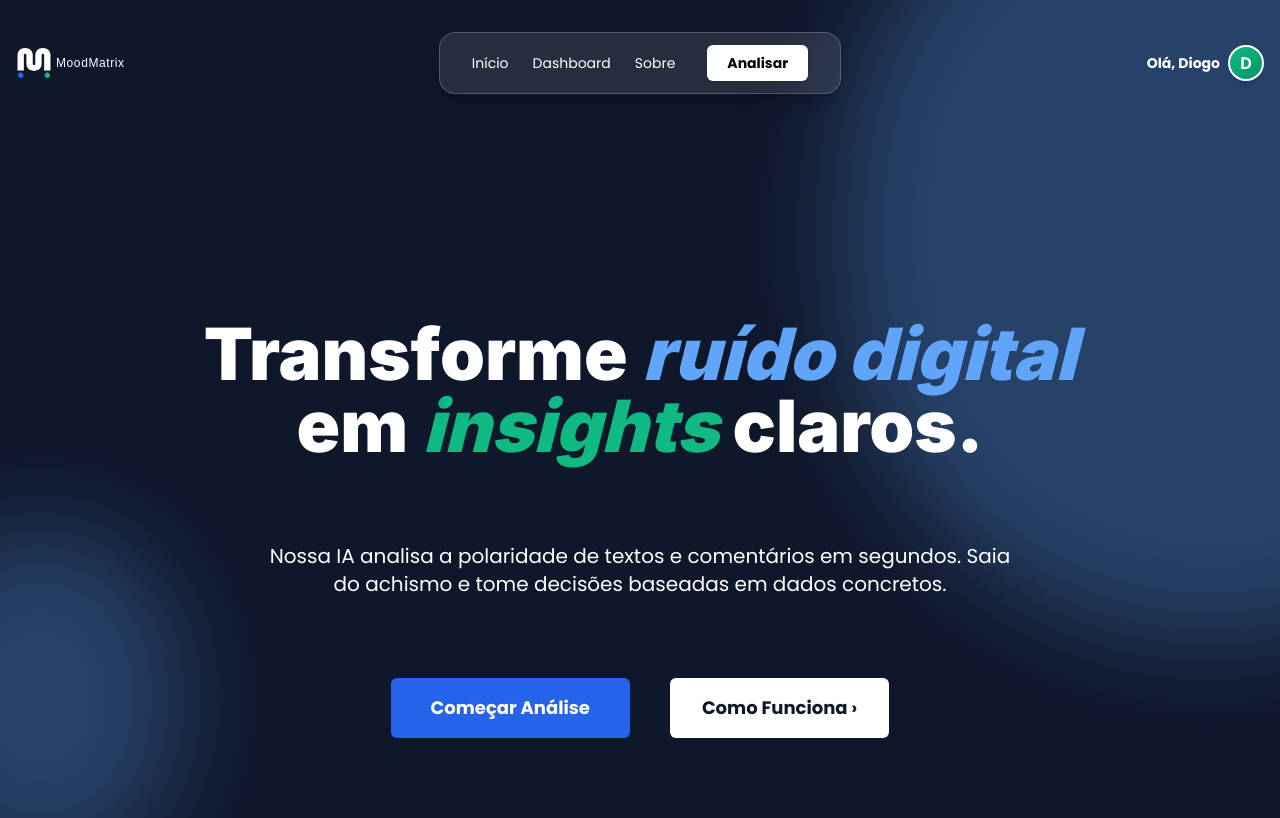
Repository: Hackaton-ONE/hackathon-Frontend
Page: /
The author's editor kept a copy of each file at every save. The page is drawn from the files as they stood at one save, then again after a run of saves.
The browser window is 1280 px wide. The pictures show the whole page.
An inner scrolling area shows only its first screen. Some web fonts or font styles are not loaded; a fallback is used. The project was rebuilt for these pictures with package versions that can differ from the ones it lists, and the page was loaded fresh each time. The framework's server and built-in components were replaced by stand-ins that run in the browser. Also part of the build but not shown: next.config.ts.

Above is the page before, as saved 2026-01-02 11:27:26.

### app/layout.tsx
import type { Metadata } from "next";
import { Inter, Poppins, MuseoModerno } from "next/font/google"; // 1. Importar Poppins
import "./globals.css";


// 2. Configurar Inter
const inter = Inter({
  subsets: ["latin"],
  variable: "--font-inter",
});

// 3. Configurar Poppins (Pesos comuns: 400, 600, 700)
const poppins = Poppins({
  weight: ['400', '600', '700'],
  subsets: ["latin"],
  variable: "--font-poppins",
});

const museo = MuseoModerno({
  subsets: ["latin"],
  variable: "--font-museo",
  display: "swap",
});

export const metadata: Metadata = {
  title: "MoodMatrix",
  description: "Análise de sentimentos com IA",
};

export default function RootLayout({
  children,
}: Readonly<{

  children: React.ReactNode;
}>) {
  return (
    <html lang="pt-br">
      {/* 4. Adicionar ambas as variáveis no body */}
      <body className={`${inter.variable} ${poppins.variable} ${museo.variable} bg-mood-dark text-white font-sans antialiased`}>

        {children}
      </body>
    </html>
  );
}

### app/page.tsx
import { Navbar } from "@/components/Navbar";
import { HeroSection } from "../components/HeroSection";

export default function Home() {
  return (
    <main className="min-h-screen bg-mood-dark text-white selection:bg-neon-green selection:text-mood-dark overflow-x-hidden">
      {/* A Navbar já está no layout.tsx, então não precisa repetir aqui se já colocou lá */}
      <Navbar />
      <HeroSection />

      {/* Aqui virão as próximas seções (Tech Stack, Benefícios, etc.) */}

    </main>
  );
}

### app/globals.css
@tailwind base;
@tailwind components;
@tailwind utilities;

/* Define o fundo padrão do site inteiro e a cor do texto */
body {
  background-color: #0F172A; /* mood.dark */
  color: #ffffff;
  min-height: 100vh;
}

/* Utilitário para o efeito de Vidro (Glassmorphism) */
.glass {
  background: rgba(30, 41, 59, 0.4); /* mood.gray com transparência */
  backdrop-filter: blur(12px);
  -webkit-backdrop-filter: blur(12px);
  border: 1px solid rgba(255, 255, 255, 0.1);
}

/* === PERSONALIZAÇÃO DA BARRA DE ROLAGEM === */

/* 1. Define a largura da barra */
::-webkit-scrollbar {
  width: 8px;
  height: 8px;
}

/* 2. Remove o fundo (Track) */
::-webkit-scrollbar-track {
  background: transparent;
}

/* 3. Cor da barra (Thumb)*/
::-webkit-scrollbar-thumb {
  background-color: #2563EB;
  border-radius: 9999px;
}

/* 4. Efeito ao passar o mouse */
::-webkit-scrollbar-thumb:hover {
  background-color: #60A5FA; /* blue-light */
}

/* 5. Remove as setas (Buttons) */
::-webkit-scrollbar-button {
  display: none;
}

### components/Navbar.tsx
"use client";

import Link from "next/link";
import { useState } from "react";
import { Menu, X } from "lucide-react";
import Image from "next/image";

// Componente NavLink (Link com sublinhado azul)
const NavLink = ({ href, children }: { href: string; children: React.ReactNode }) => (
  <Link
    href={href}
    className="relative group text-white transition-colors font-medium text-sm"
  >
    {children}
    <span className="absolute -bottom-1 left-0 w-0 h-[2px] bg-blue-default transition-all duration-300 ease-out group-hover:w-full" />
  </Link>
);

export function Navbar() {
  const [isOpen, setIsOpen] = useState(false);

  return (
    // Container Principal
    <div className="relative top-0 left-0 w-full z-10 px-4 py-8">

      <div className="max-w-[1600px] mx-auto flex justify-between items-center lg:grid lg:grid-cols-3">

        {/* =======================
            1. LOGO (Coluna 1 - Alinhado à Esquerda)
           ======================= */}
        <div className="flex justify-start">
          <Link href="/" className="flex items-center gap-1 z-50 group">
            <div className="relative w-8 h-8 lg:w-9 lg:h-9 flex items-center justify-center">
              <Image
                src="/logo.svg"
                alt="Logo MoodMatrix"
                fill
                className="object-contain"
              />
            </div>

            <span className="text-white font-medium text-xs font-museo tracking-wider">
              Mood<span>Matrix</span>
            </span>
          </Link>
        </div>

        {/* =======================
            2. PÍLULA CENTRAL (Coluna 2)
            MUDANÇA: 'hidden lg:flex'
            (Escondido em Tablet/Mobile, Flex em Notebook+)
           ======================= */}
        <div className="hidden lg:flex justify-center">
          <nav className="flex items-center gap-8 pl-8 pr-8 py-3 rounded-2xl bg-white/10 backdrop-blur-md border border-white/20 shadow-lg shadow-black/20">
            {/* Links */}
            <div className="flex items-center gap-6 font-poppins font-bold">
              <NavLink href="/">Início</NavLink>
              <NavLink href="/dashboard">Dashboard</NavLink>
              <NavLink href="#sobre">Sobre</NavLink>
            </div>

            {/* Botão Analisar */}
            <Link href="/analisar">
              <button className="bg-white hover:bg-neon-orange text-black font-poppins font-bold text-sm px-5 py-2 rounded-md transition-all duration-200 shadow-sm hover:shadow-md">
                Analisar
              </button>
            </Link>
          </nav>
        </div>

        {/* =======================
            3. AVATAR / MENU (Coluna 3 - Alinhado à Direita)
           ======================= */}
        <div className="flex justify-end items-center gap-4 z-50">

          {/* Avatar (Desktop) */}
          <div className="hidden lg:flex items-center gap-2 pl-4">
            <div className="text-right hidden lg:block">
              <p className="font-poppins text-sm font-bold text-white">Olá, Diogo</p>
            </div>
            <div className="w-9 h-9 rounded-full bg-gradient-to-br from-neon-green to-emerald-600 flex items-center justify-center text-white font-bold border-2 border-white shadow-md">
              D
            </div>
          </div>

          {/* Botão Hambúrguer (Mobile) */}
          <button
            onClick={() => setIsOpen(!isOpen)}
            className="lg:hidden text-white hover:text-neon-blue transition p-1"
          >
            {isOpen ? <X size={28} /> : <Menu size={28} />}
          </button>
        </div>

      </div>

      {/* =======================
          4. MENU MOBILE DROPDOWN
         ======================= */}
      {isOpen && (
        <div className="lg:hidden absolute top-24 left-4 right-4 z-10 bg-mood-dark/95 backdrop-blur-xl border border-white/10 rounded-2xl p-4 shadow-2xl animate-in fade-in slide-in-from-top-5">

          <div className="flex flex-col space-y-1">
            <Link href="/" onClick={() => setIsOpen(false)} className="block px-4 py-3 text-white/90 hover:text-white hover:bg-blue-default rounded-lg transition-colors text-sm font-medium">
              Início
            </Link>
            <Link href="/dashboard" onClick={() => setIsOpen(false)} className="block px-4 py-3 text-white/90 hover:text-white hover:bg-blue-default rounded-lg transition-colors text-sm font-medium">
              Dashboard
            </Link>
            <Link href="#sobre" onClick={() => setIsOpen(false)} className="block px-4 py-3 text-white/90 hover:text-white hover:bg-blue-default rounded-lg transition-colors text-sm font-medium">
              Sobre
            </Link>
          </div>

          <div className="my-3 border-t border-white/10" />

          <Link href="/analisar" onClick={() => setIsOpen(false)}>
            <button className="w-full bg-white hover:bg-neon-orange text-mood-dark border border-white/20 font-poppins font-bold text-sm py-3 rounded-lg transition-all duration-200">
              Analisar
            </button>
          </Link>

          <div className="mt-4 pt-4 border-t border-white/10 flex items-center gap-3">
            <div className="w-8 h-8 rounded-full bg-gradient-to-br from-neon-green to-emerald-600 flex items-center justify-center text-white font-bold text-xs">
              D
            </div>
            <div>
              <p className="text-sm font-bold text-white">Diogo</p>
              <p className="text-xs text-gray-400">diogo@exemplo.com</p>
            </div>
          </div>

        </div>
      )}
    </div>
  );
}

### components/HeroSection.tsx
import Link from "next/link";
import { Button } from "./Button"; // Importando seu botão personalizado

export function HeroSection() {
  return (
    <section className="relative pt-32 lg:pt-48 pb-20 px-4">

      {/* =========================================
          ELEMENTOS DECORATIVOS DE FUNDO (GLOWS)
          ========================================= */}

{/* 1. ELIPSE MAIOR (Direita/Topo)
          x: 946.5, y: -78.06 -> right-0 top-[-78px] (Ajustado para responsivo)
          w: 743.5, h: 817.56 -> w-[743px] h-[817px]
          fill: 60A5FA 30% -> bg-blue-light/30
          blur: 160 -> blur-[160px]
      */}
      <div
        className="
          absolute
          top-[-300px]
          right-[-100px] xl:right-[-300px] /* Ajuste fino para telas diferentes */
          w-[743px]
          h-[817px]
          bg-blue-light/30
          blur-[50px]
          rounded-full
          z-100
          pointer-events-none
        "
      />

      {/* 2. ELIPSE MENOR (Esquerda/Baixo)
          x: -90, y: 546 -> left-[-90px] top-[546px]
          w: 282, h: 343 -> w-[282px] h-[343px]
          fill: 60A5FA 30% -> bg-blue-light/30
          blur: 160 -> blur-[160px]
      */}
      <div
        className="
          absolute
          top-[400px]
          left-[-100px]
          w-[282px]
          h-[343px]
          bg-blue-light/30
          blur-[50px]
          rounded-full
          z-100
          pointer-events-none
        "
      />


      {/* =========================================
          CONTEÚDO PRINCIPAL
          ========================================= */}
      <div className="relative z-100 max-w-7xl mx-auto text-center flex flex-col items-center">

        {/* TÍTULO */}
        <h1 className="font-inter font-black text-4xl md:text-6xl lg:text-7xl 2xl:text-8xl leading-tight text-white mb-8 md:mb-14 lg:mb-20 max-w-7xl">
          Transforme <span className="italic text-blue-light">ruído digital</span> <br className="hidden md:block" />
          em <span className="italic text-neon-green">insights</span> claros.
        </h1>

        {/* SUBTÍTULO */}
        <p className="font-poppins font-light text-white text-base md:text-xl mb-8 md:mb-14 lg:mb-20 max-w-3xl">
          Nossa IA analisa a polaridade de textos e comentários em segundos. Saia do achismo e tome decisões baseadas em dados concretos.
        </p>

        {/* BOTÕES DE AÇÃO (CTA) */}
        <div className="flex flex-col sm:flex-row gap-10 w-full sm:w-auto">
          <Link href="/analisar">
            <Button variant="primary" className="w-full sm:w-auto text-lg px-8 lg:px-10 py-4 bg-blue-default hover:bg-neon-green font-poppins">
              Começar Análise
            </Button>
          </Link>

          <Link href="#como-funciona">
            <Button variant="outline" className="w-full sm:w-auto text-lg px-8 py-4 bg-white  font-poppins">
              Como Funciona ›
            </Button>
          </Link>
        </div>

      </div>
    </section>
  );
}

### components/Button.tsx
import React from "react";

interface ButtonProps extends React.ButtonHTMLAttributes<HTMLButtonElement> {
  variant?: "primary" | "outline" | "ghost";
  children: React.ReactNode;
}

export function Button({ variant = "primary", className = "", children, ...props }: ButtonProps) {

  const baseStyles = "px-6 py-3 rounded-md font-bold transition-all duration-200 flex items-center justify-center gap-2 active:scale-[0.98]";

  const variants = {
    primary: "text-white active:translate-y-1",

    // Outline (Borda simples)
    outline: "text-mood-dark",

    // Ghost (Transparente)
    ghost:   "bg-transparent text-gray-400 hover:text-white hover:bg-white/5",
  };

  return (
    <button
      className={`${baseStyles} ${variants[variant]} ${className}`}
      {...props}
    >
      {children}
    </button>
  );
}

### tailwind.config.ts
/** @type {import('tailwindcss').Config} */
const config = {
  // Configuração de onde o Tailwind procura as classes
  content: [
    "./app/**/*.{js,ts,jsx,tsx,mdx}",
    "./pages/**/*.{js,ts,jsx,tsx,mdx}",
    "./components/**/*.{js,ts,jsx,tsx,mdx}",
    "./src/app/**/*.{js,ts,jsx,tsx,mdx}",
    "./src/pages/**/*.{js,ts,jsx,tsx,mdx}",
    "./src/components/**/*.{js,ts,jsx,tsx,mdx}",
  ],
  theme: {
    extend: {
      colors: {
        white: "#FFFFFF",
        mood: {
          dark: "#0F172A", // Fundo Azul Escuro
          nav: "#FFFFFF",  // Base para Navbar
        },
        blue: {
          light: "#60A5FA",   // Azul Claro
          default: "#2563EB", // Azul Padrão
          dark: "#1E3A8A",    // Azul Escuro
        },
        neon: {
          green: "#10B981",
          red: "#B91C1C",
          orange: "#F59E0B",
        },
      },
      fontFamily: {
        sans: ['var(--font-inter)', 'sans-serif'],
        poppins: ['var(--font-poppins)', 'sans-serif'],
        museo: ['var(--font-museo)', 'sans-serif'],
      },
      backgroundImage: {
        // Gradientes de Seta e Barra de Progresso
        'gradient-pos': 'linear-gradient(to right, #2563EB, #10B981)',
        'gradient-neg': 'linear-gradient(to right, #B91C1C, #F59E0B)',

        // Gradientes Sutis para os Cards (Glassmorphism)
        'card-blue': 'linear-gradient(180deg, rgba(255, 255, 255, 0) 0%, rgba(96, 165, 250, 0.05) 100%)',
        'card-green': 'linear-gradient(180deg, rgba(255, 255, 255, 0) 0%, rgba(16, 185, 129, 0.05) 100%)',
        'card-red': 'linear-gradient(180deg, rgba(255, 255, 255, 0) 0%, rgba(185, 28, 28, 0.05) 100%)',
        'card-orange': 'linear-gradient(180deg, rgba(255, 255, 255, 0) 0%, rgba(245, 158, 11, 0.05) 100%)', // NOVO
      }
    },
  },
  plugins: [],
};

export default config;

After the next 4 saves:
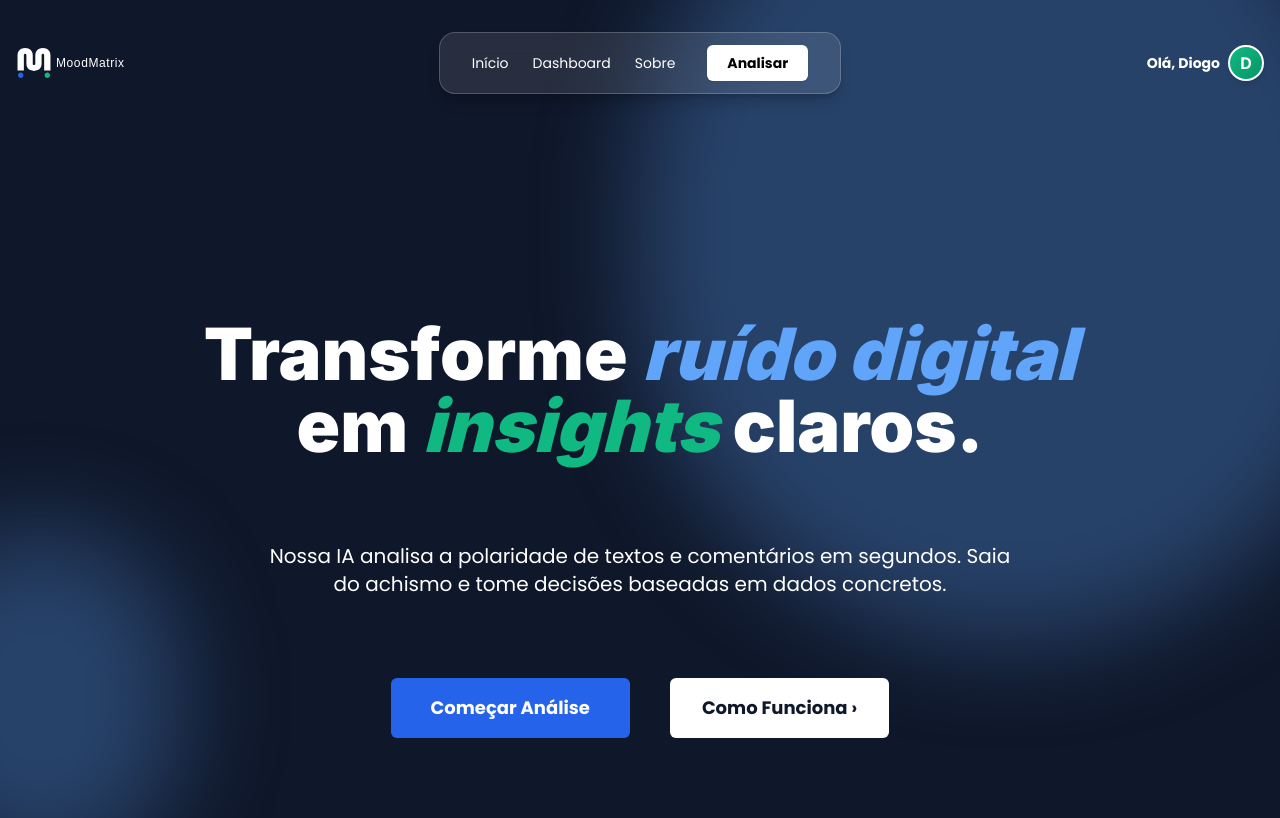
The 4 saves are shown as one change because they came seconds apart.
The last was saved 68 s later.
--- a/components/HeroSection.tsx
+++ b/components/HeroSection.tsx
@@ -19,7 +19,7 @@ export function HeroSection() {
         className="
           absolute
           top-[-300px]
-          right-[-100px] xl:right-[-300px] /* Ajuste fino para telas diferentes */
+          right-[-100px] lg: 2xl:right-[-300px] /* Ajuste fino para telas diferentes */
           w-[743px]
           h-[817px]
           bg-blue-light/30
